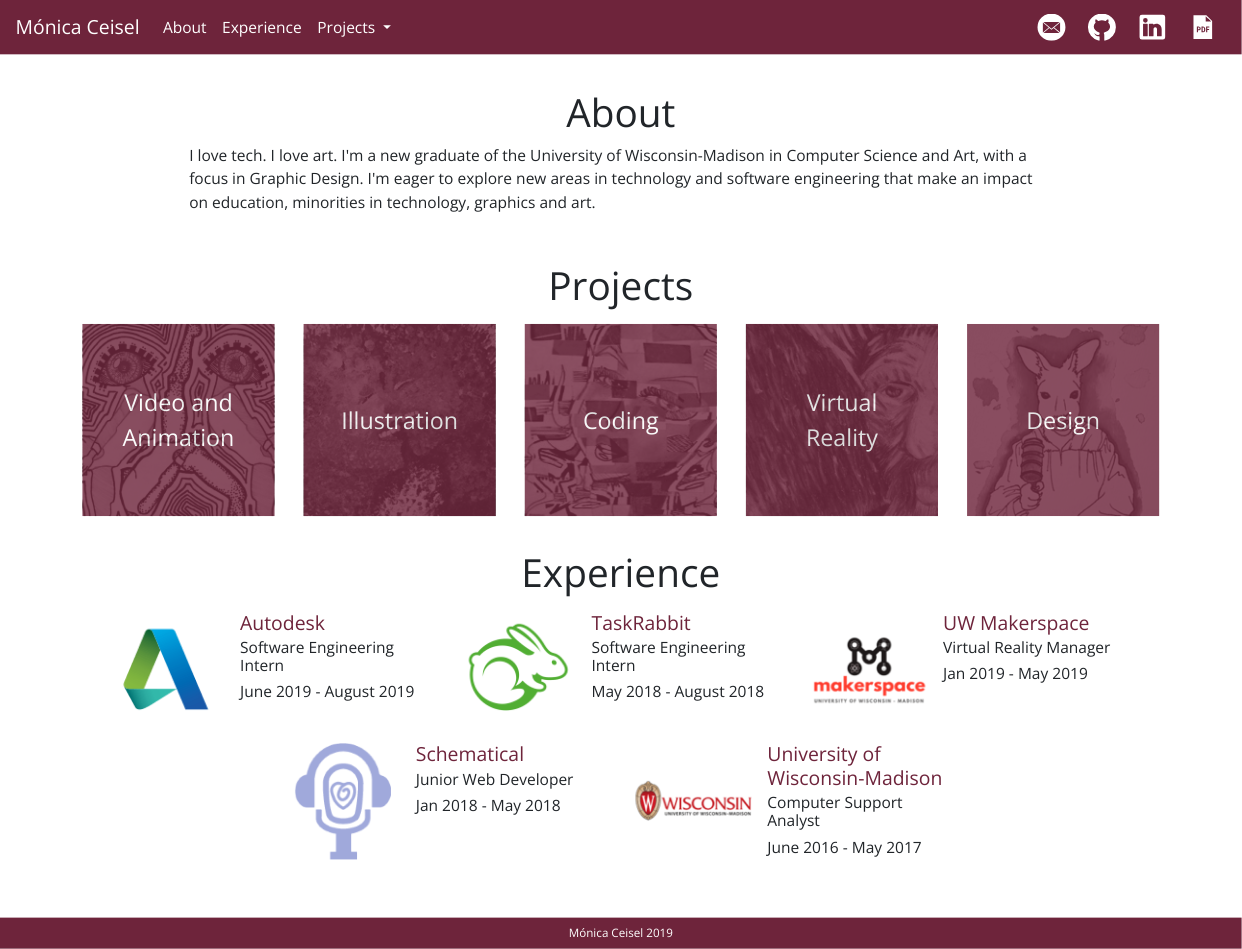
Repository: ceiselm/ceiselm.github.io
Page: index.html
The author's editor kept a copy of each file at every save. The page is drawn from the files as they stood at one save, then again after the next save.
The browser window is 1280 px wide. The pictures show the whole page, at 97% of full size.

Above is the page before, as saved 2019-08-07 23:07:42.

### index.html
<!DOCTYPE html>
<html lang="en">

<head>
  <meta charset="utf-8">
  <meta http-equiv="X-UA-Compatible" content="IE=edge">
  <meta name="viewport" content="width=device-width, initial-scale=1">
  <title>M&oacute;nica Ceisel</title>
  <!-- Bootstrap -->
  <link href="css/bootstrap-4.2.1.css" rel="stylesheet">
  <!-- slick -->
  <link rel="stylesheet" type="text/css" href="slick/slick.css" />
  <!-- Add the new slick-theme.css if you want the default styling -->
  <link rel="stylesheet" type="text/css" href="slick/slick-theme.css" />
  <!-- font -->
  <link href="https://fonts.googleapis.com/css?family=Open+Sans&display=swap" rel="stylesheet">
  <!-- overwrites -->
  <link href="css/home.css" rel="stylesheet">
</head>

<body>
  <main>
    <!-- site navigation component START -->
    <nav class="navbar navbar-expand-lg navbar-dark bg-dark">
      <a class="navbar-brand" href="./index.html">M&oacute;nica Ceisel</a>
      <button class="navbar-toggler" type="button" data-toggle="collapse" data-target="#navbarSupportedContent"
        aria-controls="navbarSupportedContent" aria-expanded="false" aria-label="Toggle navigation">
        <span class="navbar-toggler-icon"></span>
      </button>
      <div class="collapse navbar-collapse" id="navbarSupportedContent">
        <ul class="navbar-nav mr-auto">
          <li class="nav-item">
            <a class="nav-link" href="#startAbout">About</a>
          </li>
          <li class="nav-item">
            <a class="nav-link" href="#startExperience">Experience</a>
          </li>
          <li class="nav-item dropdown">
            <a class="nav-link dropdown-toggle" href="#" id="navbarDropdown" role="button" data-toggle="dropdown"
              aria-haspopup="true" aria-expanded="false">
              Projects
            </a>
            <div class="dropdown-menu" aria-labelledby="navbarDropdown">
              <a class="dropdown-item" href="./subpages/coding.html">Coding</a>
              <div class="dropdown-divider"></div>
              <a class="dropdown-item" href="./subpages/illustration.html">Illustration</a>
              <a class="dropdown-item" href="./subpages/design.html">Design</a>
              <a class="dropdown-item" href="./subpages/virtualreality.html">Virtual Reality</a>
              <a class="dropdown-item" href="./subpages/videoandanimation.html">Video and Animation</a>
            </div>
          </li>
        </ul>
      </div>
      <!--		HAVE ICONS APPEAR ON BOTTOM FOR RESPONSIVE!-->
      <div class="navabar navbar-collapse">
        <ul class="navbar-nav ml-auto">
          <li class="nav-item">
            <a target="_blank" href="mailto:ceiselm@gmail.com"><img class="contact-icon" src="images/social/mail.svg"
                title="ceiselm@gmail.com" alt="mail"></a>
            <a target="_blank" href="https://github.com/ceiselm"><img class="contact-icon" src="images/social/github.svg"
                title="ceiselm" alt="github"></a>
            <a target="_blank" href="https://www.linkedin.com/in/monicaceisel/"><img class="contact-icon" src="images/social/linkedin.svg"
                title="monicaceisel" alt="linkedin"></a>
            <!-- <a target="_blank" href="https://twitter.com/Momonimations"><img class="contact-icon" src="images/social/twitter.svg" title="Momonimations" alt="twitter"></a> -->
            <a target="_blank" href="https://drive.google.com/file/d/1Cxu938UaEI__a5fxJjOS7-iBWBv4FZOx/view?usp=sharing"><img
                class="contact-icon" src="images/social/pdf.svg" title="Resume" alt="resume"></a>
          </li>
        </ul>
      </div>
    </nav>
    <!-- site navigation component END -->
    <!-- <hr> -->
    <!-- about START -->
    <div class="container">
        <div class="row justify-content-center">
            <div class="col-10">
    <div class="portion">

      <section>
        <div class="text-center mt-2">
          <div class="container">
            <div class="row">
              <div class="col-12">
                <h1 id="startAbout">About</h1>
                <div class="container">
                  <div class="row justify-content-center">
                    <!-- <div class="col col-md-8"> -->
                      <p align="left">I love tech. I love art. I'm a new graduate of the University of Wisconsin-Madison
                        in Computer Science and Art,
                        with a focus in Graphic Design. I'm eager to explore new areas in technology and software
                        engineering that
                        make an impact on education, minorities in technology, graphics and art.
                      </p>
                    <!-- </div> -->
                  </div>
                </div>
                <!-- noteworthy articles -->
                <!--				https://insider.windows.com/en-us/community-news/how-this-coder-artist-grew-superpowers-to-create/-->
                <!--				https://insider.windows.com/en-us/community-news/extraordinary-women-in-computing/-->

                <!-- <div class="wrapper"> -->
                <!-- <div class="portion">
                  <div class="row align-items-center">
                  <div class="container col-lg-10 col-md-10">
                  <div class="slides">
                    <div><img class="slide-item col-sx-4" src="images/carousel/Microsoft.png" alt="First slide"><a class="highlight" href="https://insider.windows.com/en-us/community-news/how-this-coder-artist-grew-superpowers-to-create/">Microsoft Women
                      in Computing Award Winner</a></div>
                    <div><img class="slide-item col-sx-4" src="images/carousel/Target.jpg" alt="Second slide">1st Place for the
                      Target Women in Tech Symposium Hackathon</div>
                    <div><img class="slide-item col-sx-4" src="images/carousel/TaskRabbit.jpg" alt="Third slide">Software
                      Engineering Internship at TaskRabbit</div>
                    </div>
                  </div>
                </div> -->
              </div>
              </div>
            </div>
          </div>
        </div>
      </section>
    </div>
    <!-- about END -->
    <!-- <hr> -->
    <!-- projects START -->
    <div class="portion">
      <section>
        <div class="container">
          <div class="row">
            <div class="col-12 text-center">
              <h1>Projects</h1>
              <!-- <p>Lorem ipsum dolor sit amet, consectetur adipisicing elit. Officia, et, placeat !</p> -->
            </div>
          </div>
          <div class="row mt-2">

            <div class="col-md mt-md-0 mt-1">
              <a href="./subpages/videoandanimation.html">
                <img class="image img-fluid float-right" src="images/buttons/Button03.png" alt="Video and Animation" href="#">
                <div class="overlay">
                  <div class="text">Video and Animation</div>
                </div>
              </a>
            </div>

            <div class="col-md mt-md-0 mt-1">
              <a href="./subpages/illustration.html">
                <img class="image img-fluid float-left" src="images/buttons/Button01.png" alt="Illustration">
                <div class="overlay">
                  <div class="text">Illustration</div>
                </div>
              </a>
            </div>

            <div class="col-md mt-md-0 mt-1">
              <a href="./subpages/coding.html">
                <img class="image img-fluid float-left" src="images/buttons/Button05.png" alt="Coding" href="#">
                <div class="overlay">
                  <div class="text">Coding</div>
                </div>
              </a>
            </div>
            <div class="col-md mt-md-0 mt-1">
              <a href="./subpages/virtualreality.html">
                <img class="image img-fluid float-right" src="images/buttons/Button04.png" alt="Virtual Reality" href="#">
                <div class="overlay">
                  <div class="text">Virtual Reality</div>
                </div>
              </a>
            </div>
            <div class="col-md mt-md-0 mt-1">
              <a href="./subpages/design.html">
                <img class="image img-fluid float-left" src="images/buttons/Button02.png" alt="Design" href="#">
                <div class="overlay">
                  <div class="text">Design</div>
                </div>
              </a>
            </div>
          </div>
        </div>
      </section>
    </div>
  <!-- projects END -->
    <!-- experience START -->
    <!-- <hr> -->
    <div class="portion">
      <section>
        <div class="container">
          <div class="row">
            <div class="col-12 text-center">
              <h1 id="startExperience">Experience</h1>
              <!-- <p>Lorem ipsum dolor sit amet, consectetur adipisicing elit. Quibusdam, magni, doloribus, possimus eum sapiente deleniti doloremque fugit ut expedita molestiae iusto debitis eveniet modi obcaecati ipsam quos quis labore dicta.</p> -->
            </div>
          </div>
        </div>
      </section>
      <section>
        <div class="container mt-2">
          <div class="row align-items-center">
            <div class="col-md-4 col-12">
              <ul class="list-unstyled">
                <li class="media">
                  <img class="mr-3" src="images/companies/120px-Autodesk_logo.svg.png" alt="Autodesk">
                  <div class="media-body">
                    <h5 class="mt-0 mb-1"><a href="https://www.autodesk.com/">Autodesk</a></h5>
                    <h6>Software Engineering Intern</h6>
                    <h6>June 2019 - August 2019</h6>
                  </div>
                </li>
              </ul>
            </div>
            <div class="col-md-4 col-12">
              <ul class="list-unstyled">
                <li class="media">
                  <img class="mr-3" src="images/companies/taskrabbit_logo.png" alt="TaskRabbit">
                  <div class="media-body">
                    <h5 class="mt-0 mb-1"><a href="https://www.taskrabbit.com/">TaskRabbit</a></h5>
                    <h6>Software Engineering Intern</h6>
                    <h6>May 2018 - August 2018</h6>
                  </div>
                </li>
              </ul>
            </div>
            <div class="col-md-4 col-12">
              <ul class="list-unstyled">
                <li class="media">
                  <img class="mr-3" src="images/companies/makerspacelogo.png" alt="Makerspace">
                  <div class="media-body">
                    <h5 class="mt-0 mb-1"><a href="https://making.engr.wisc.edu/">UW Makerspace</a></h5>
                    <h6>Virtual Reality Manager</h6>
                    <h6>Jan 2019 - May 2019</h6>
                  </div>
                </li>
              </ul>
            </div>
          </div>
        <!-- second row -->
        <div class="row">
          <div class="container col-lg-8 col-md-8 col-sm-12 col-xs-12">
                    <div class="row">
            <div class="col">
              <ul class="list-unstyled">
                <li class="media">
                  <img class="mr-3" src="images/companies/castdex_logo.png" alt="Schematical">
                  <div class="media-body">
                    <h5 class="mt-0 mb-1">Schematical</h5>
                    <h6>Junior Web Developer</h6>
                    <h6>Jan 2018 - May 2018</h6>
                  </div>
                </li>
              </ul>
            </div>
            <div class="col">
              <ul class="list-unstyled">
                <li class="media">
                  <img class="mr-3" src="images/companies/uwmadison.png" alt="University of Wisconsin-Madison">
                  <div class="media-body">
                    <h5 class="mt-0 mb-1"><a href="">University of Wisconsin-Madison</a></h5>
                    <h6>Computer Support Analyst</h6>
                    <h6>June 2016 - May 2017</h6>
                  </div>
                </li>
              </ul>

            </div>
            <div>
          </div>
          </div>

        </div>
      </section>
    </div>
  </div>
  </div>
</div>
</div>
  <!-- experience END -->
  </main>
  <!-- footer START -->
  <div class="portion">
    <div class="footer">
      <div class="container h-100">
        <div class="row h-100 justify-content-center align-items-center footer-text">
          <div class="col-12 text-center">
            M&oacute;nica Ceisel 2019
          </div>
        </div>
      </div>
    </div>
  </div>
  <!-- footer END -->
  <!-- jQuery (necessary for Bootstrap's JavaScript plugins) -->
  <script src="js/jquery-3.3.1.min.js"></script>
  <!-- Include all compiled plugins (below), or include individual files as needed -->
  <script src="js/popper.min.js"></script>
  <script src="js/bootstrap-4.2.1.js"></script>
  <script src="js/index.js"></script>
  <!-- slick -->
  <script type="text/javascript" src="slick/slick.min.js"></script>
</body>

</html>

### css/home.css
@charset "utf-8";
/* CSS Document */

body {
  font-family: 'Open Sans', sans-serif;
}

main {
  padding-bottom: 2rem;
}

.footer {
  left: 0;
  bottom: 0;
  width: 100%;
  background-color: #6E243B;
  color: white;
  text-align: center;
  height: 2rem;
  position: relative;
  margin-top: -2rem;
  clear: both;
}

.footer-text {
  font-size: .75rem;
}

.contact-icon {
    height: 1.8em;
    width: 3em;

}

.contact-icon:hover {
    position: relative;
	opacity: .8;
}

.bg-dark {
  background-color: #6E243B !important;
}

.navbar-dark .navbar-nav .nav-link {
    color: rgba(255, 255, 255, 255);
}

h5 {
	color: #6E243B;
}

h5:hover, h5:link, h5:focus {
	color: #EDA200;
}

a {
	text-decoration: none !important;
	color: inherit;
}

a:hover, a:link, a:focus {
	color: inherit;
}

.image {
  position:relative;
  display: block;
  width: 100%;
  height: auto;
  opacity: 0.9;
  transition: 1s ease;
  -webkit-filter: grayscale(100%); /* Safari 6.0 - 9.0 */
  filter: grayscale(100%);
}

.overlay {
  position: relative;
  top: 0;
  bottom: 0;
  left: 0;
  right: 0;
  height: 100%;
  width: 100%;
  opacity: 0.8;
  background-color: #6E243B;
}

.col-md:hover .image {
  opacity: 1;
  -webkit-filter: grayscale(0%); /* Safari 6.0 - 9.0 */
  filter: grayscale(0%);
}

.col-md:hover .overlay {
  opacity: 0;
}


.text {
  color: white;
  font-size: 18pt;
  position: absolute;
  top: 50%;
  left: 50%;
  opacity: 1 !important;
  -webkit-transform: translate(-50%, -50%);
  -ms-transform: translate(-50%, -50%);
  transform: translate(-50%, -50%);
  text-align: center;
}


.slide-item {
  width: 100%;
}


.slick-prev:before {
  color: #6E243B;
}

.slick-next:before {
  color: #6E243B;
}

.slick-dots li.slick-active button::before {
  color: #6E243B;
}

.slick-dots li button::before {
  color: #6E243B;
}

.portion {
  padding-top: 3%;
}

.google-slides-container{
  position: relative;
  width: 100%;
  padding-top: 60%;
  overflow: hidden;
}

.google-slides-container iframe{
  position: absolute;
  top: 0;
  left: 0;
  width: 100%;
  height: 100%;
}

### js/index.js
$(document).ready(function(){
  $('.slides').slick({
    centerMode: true,
    centerPadding: '60px',
    slidesToShow: 1,
    slidesToScroll: 1,
    adaptiveHeight: true,
    dots: true,
    arrows: true,
    variableWidth: true,
    autoplay: true,
    autoplaySpeed: 2000,
    responsive: [
      {
        breakpoint: 768,
        settings: {
          arrows: false,
          centerMode: true,
          centerPadding: '40px',
          slidesToShow: 1
        }
      },
      {
        breakpoint: 480,
        settings: {
          arrows: false,
          centerMode: true,
          centerPadding: '40px',
          slidesToShow: 1
        }
      }
    ]

  });
});

Loaded but not shown: css/bootstrap-4.2.1.css (library); slick/slick.css (common file); slick/slick-theme.css (library); js/jquery-3.3.1.min.js (library); js/popper.min.js (library); js/bootstrap-4.2.1.js (library); slick/slick.min.js (library)

After the next save:
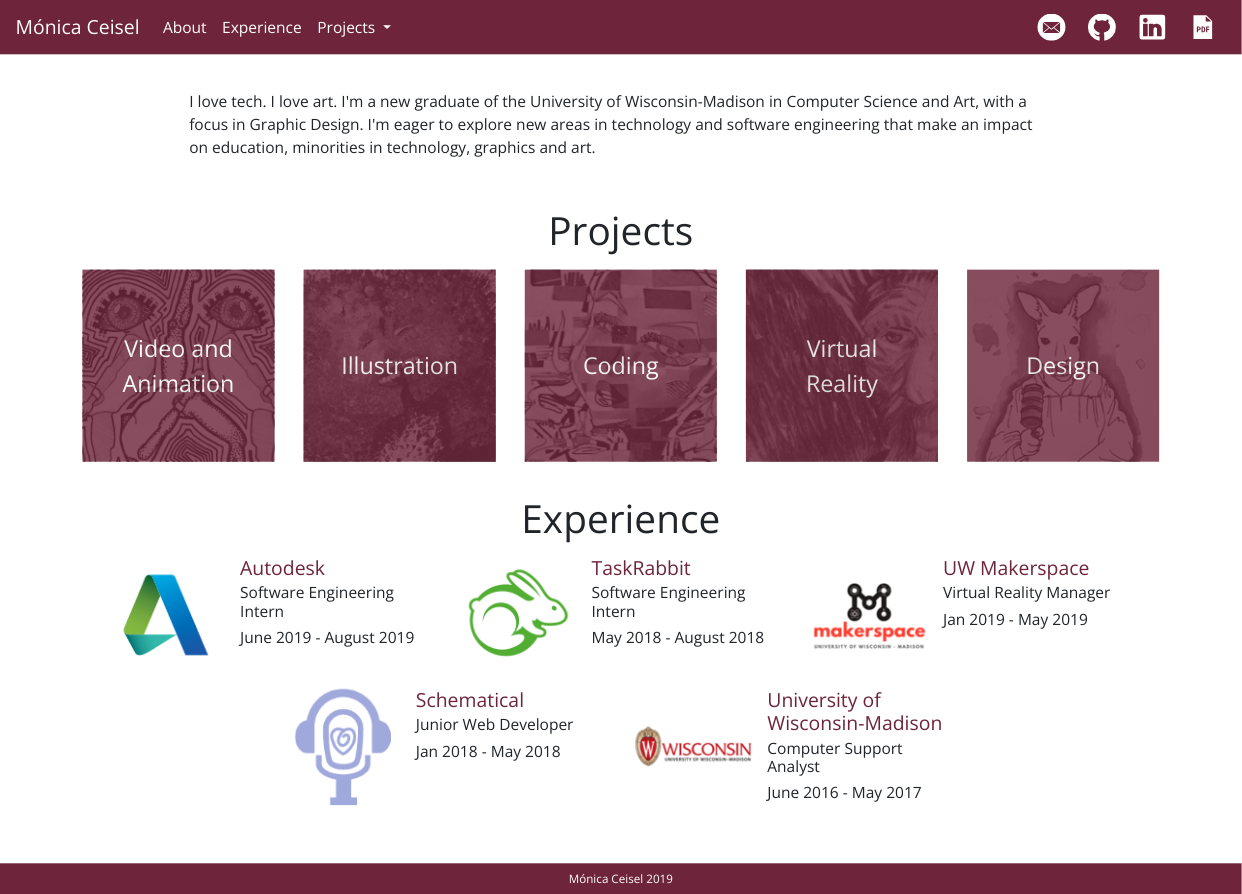
Saved 26 s later.
--- a/index.html
+++ b/index.html
@@ -81,7 +81,7 @@
           <div class="container">
             <div class="row">
               <div class="col-12">
-                <h1 id="startAbout">About</h1>
+                <!-- <h1 id="startAbout">About</h1> -->
                 <div class="container">
                   <div class="row justify-content-center">
                     <!-- <div class="col col-md-8"> -->
